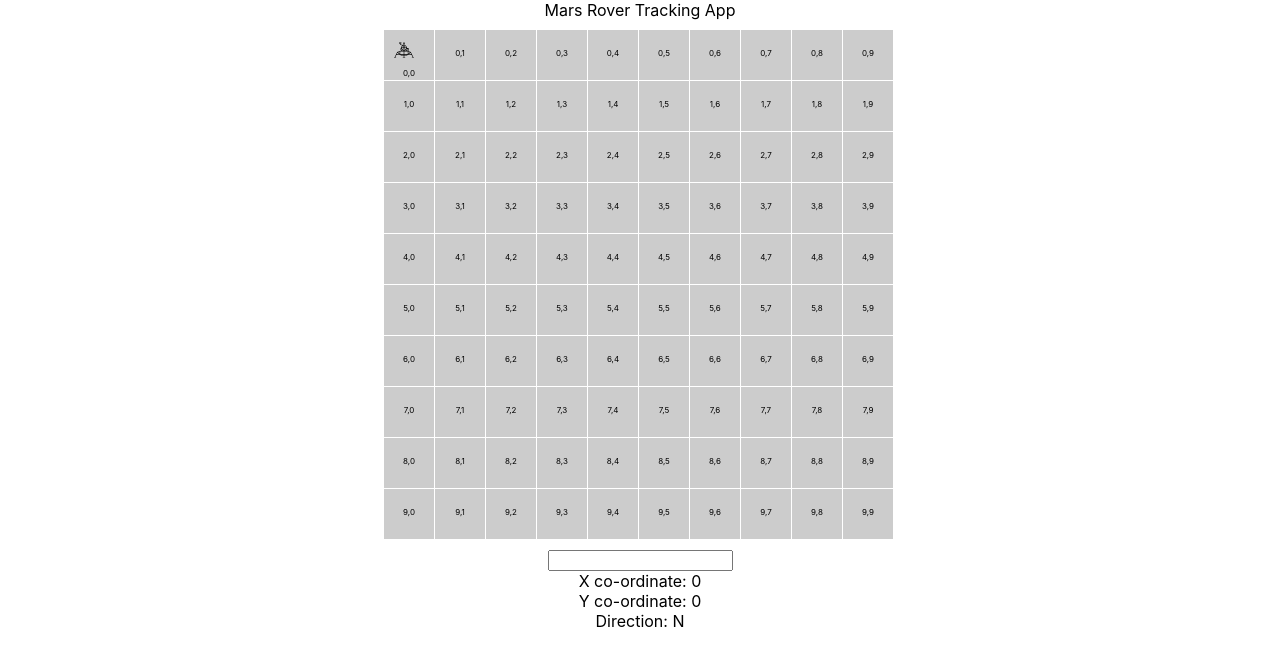
Repository: madhurisandbhor/Rover-Tracking-App
Page: /
The author's editor kept a copy of each file at every save. The page is drawn from the files as they stood at one save, then again after the next save.
The browser window is 1280 px wide. The pictures show the whole page.
The project was rebuilt for these pictures with package versions that can differ from the ones it lists, and the page was loaded fresh each time.

Above is the page before, as saved 2021-09-06 19:11:13.

### src/App.js
import './App.css';
import Grid from './Grid'

function App() {
  return (
    <div className="App">
      <div>Mars Rover Tracking App</div>
      <Grid />
    </div>
  );
}

export default App;

### src/Grid.jsx
import React, { useState, useEffect } from 'react'
import { maxY, maxX, x, y, d } from './constants'
import testGrid from './testGrid'
import roverIcon from './svg/rover-icon.svg'

const wrapper = {
  width: '50%',
  margin: '10px auto',
}

const grid = {
  width: '80%',
  margin: '10px auto',
  display: 'grid',
  gridTemplateColumns: `repeat(${maxY + 1}, 50px)`,
  gridTemplateRows: `repeat(${maxX + 1}, 50px)`,
  gridGap: '1px',
}

const itemStyle = {
  padding: '10px',
  backgroundColor: '#ccc',
}

const itemSpan = {
  fontSize: '8px',
}

const roverImg = {
  width: '20px',
  height: '20px',
  alignText: 'center',
}

const Grid = () => {
  const gridLength = (maxX + 1) * (maxY + 1)
  const totalItems = Array(gridLength).fill()
  const [input, setInput] = useState('')
  const [roverXPosition, setRoverXPosition] = useState(x)
  const [roverYPosition, setRoverYPosition] = useState(y)
  const [roverDirection, setRoverDirection] = useState(d)
  const [transformProp, setTransformProp] = useState()

  useEffect(() => {
    const result = testGrid(input)
    setRoverXPosition(result[0]) // X-position
    setRoverYPosition(result[1]) // y-position
    setRoverDirection(result[2]) // direction

    if (roverDirection === 'N') setTransformProp('rotate(0deg)')
    else if (roverDirection === 'E') setTransformProp('rotate(90deg)')
    else if (roverDirection === 'S') setTransformProp('rotate(180deg)')
    else if (roverDirection === 'W') setTransformProp('rotate(-90deg)')
  }, [input, roverDirection])

  return (
    <div style={wrapper}>
      <div style={grid}>
        {totalItems.map((item, index) => (
          <div key={index} style={itemStyle}>
            {roverXPosition * 10 + roverYPosition === index && (
              <div style={roverImg}>
                <img
                  style={{ width: '100%', transform: transformProp }}
                  src={roverIcon}
                  alt="rover"
                />
              </div>
            )}
            <span style={itemSpan}>
              {Math.floor(index / 10)},{index % 10}
            </span>
          </div>
        ))}
      </div>
      <input
        name="inputString"
        value={input}
        onChange={(event) => setInput(event.target.value)}
      />
      <div>
        <div>X co-ordinate: {roverXPosition}</div>
        <div>Y co-ordinate: {roverYPosition}</div>
        <div> Direction: {roverDirection}</div>
      </div>
    </div>
  )
}

export default Grid

### src/constants.js
export const x = 0, y = 0, maxX = 9, maxY = 9;
export const d = 'N';
export const directionsToRight = ['N', 'E', 'S', 'W']
export const directionsToLeft = ['N', 'W', 'S', 'E']

### src/testGrid.js
import {
  x,
  y,
  d,
  directionsToRight,
  directionsToLeft,
  maxX,
  maxY,
} from './constants'

const testGrid = (testString) => {
  const roverPosition = [x, y, d]
  const testArr = testString.split('')

  for (let i = 0; i < testArr.length; i++) {
    if (testArr[i] === 'r') {
      let currDirIndex = directionsToRight.findIndex(
        (item) => item === roverPosition[2]
      )
      if (currDirIndex > -1 && currDirIndex < 3)
        roverPosition[2] = directionsToRight[currDirIndex + 1]
      else roverPosition[2] = directionsToRight[0]
    } else if (testArr[i] === 'l') {
      let currDirIndex = directionsToLeft.findIndex(
        (item) => item === roverPosition[2]
      )
      if (currDirIndex > -1 && currDirIndex < 3)
        roverPosition[2] = directionsToLeft[currDirIndex + 1]
      else roverPosition[2] = directionsToLeft[0]
    } else if (testArr[i] === 'f') {
      if (roverPosition[2] === 'E') {
        if (roverPosition[1] < maxY) roverPosition[1]++
        else roverPosition[1] = 0
      } else if (roverPosition[2] === 'S') {
        if (roverPosition[0] < maxX) roverPosition[0]++
        else roverPosition[0] = 0
      } else if (roverPosition[2] === 'N') {
        if (roverPosition[0] <= 0) roverPosition[0] = maxX
        else roverPosition[0]--
      } else if (roverPosition[2] === 'W') {
        if (roverPosition[1] <= 0) roverPosition[1] = maxY
        else roverPosition[1]--
      }
    }
  }

  return roverPosition
}

export default testGrid

Loaded but not shown: public/index.html (common file); src/index.js (common file); src/index.css (common file); src/App.css (common file)

After the next save:
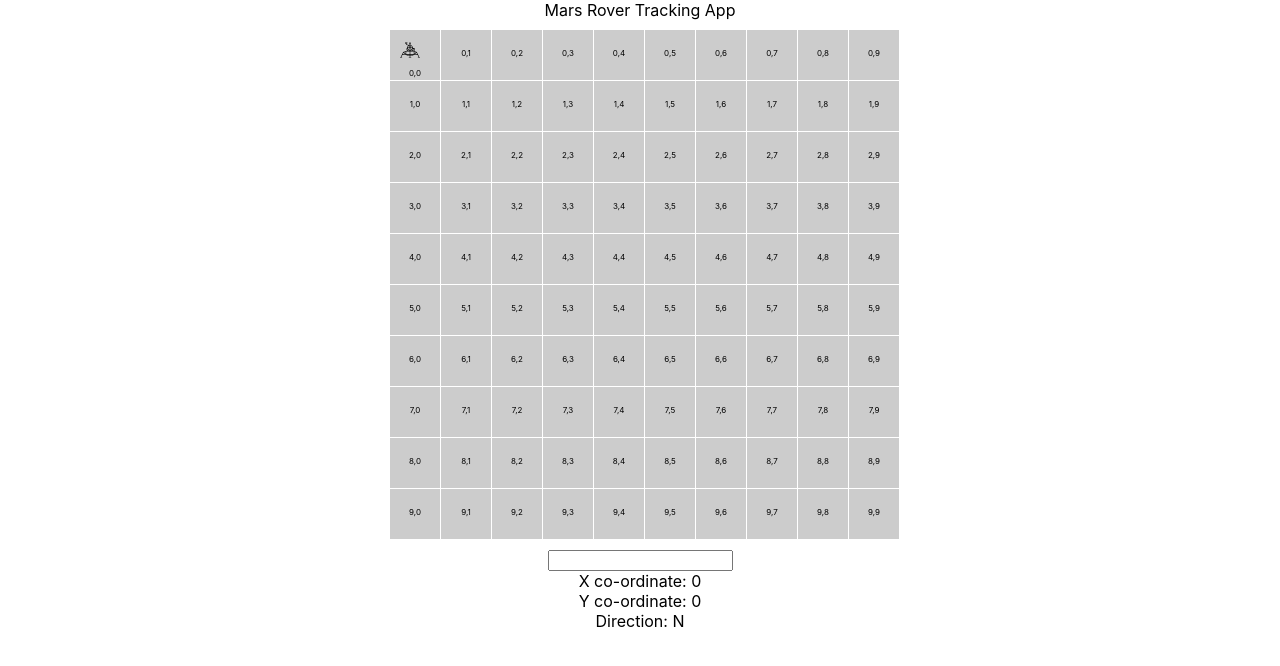
Saved 10 s later.
--- a/src/Grid.jsx
+++ b/src/Grid.jsx
@@ -9,7 +9,7 @@ const wrapper = {
 }
 
 const grid = {
-  width: '80%',
+  width: '500px',
   margin: '10px auto',
   display: 'grid',
   gridTemplateColumns: `repeat(${maxY + 1}, 50px)`,
